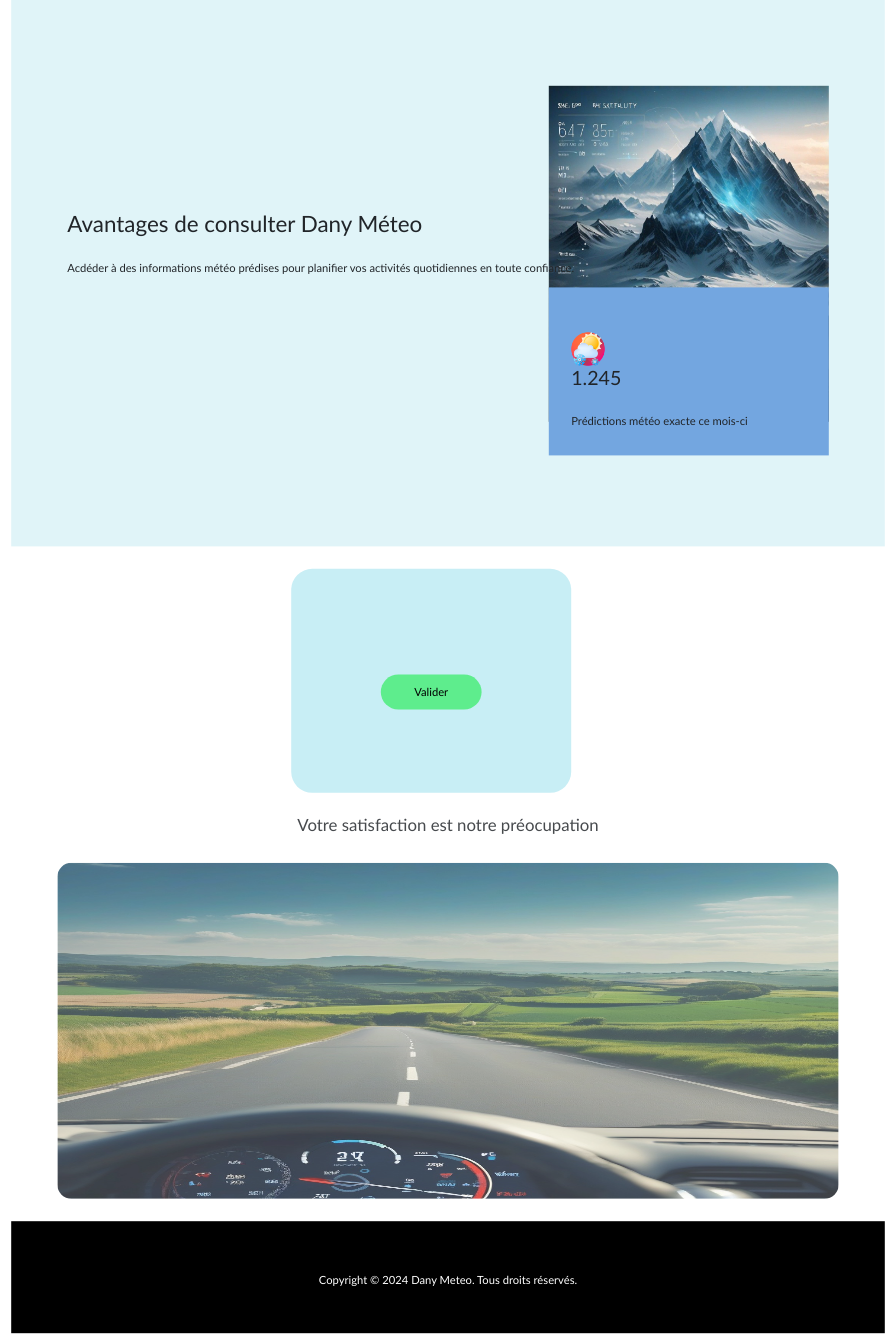
Repository: Dany-py/Meteo
Page: Meteo/templates/Accueil.html
The author's editor kept a copy of each file at every save. The page is drawn from the files as they stood at one save, then again after a run of saves.
The browser window is 1280 px wide. The pictures show the part of the page from y = 1702 to 3622 px (the page is 3622 px tall), at 70% of full size.
The template is drawn by Django 5.2. The application's start-up code is not run. Other server files are loaded and not shown. The template is opened directly, without the code that normally fills it, so the values that code supplies are empty.

Above is the page before, as saved 2024-11-27 14:36:04.

### MeteoDjango/MeteoDjango/Meteo/templates/Accueil.html
{% load static %}

<!DOCTYPE html>
<html>

<head>
  <meta charset="utf-8">
  <meta name="viewport" content="width=device-width">
  <title>Accueil</title>
  <link href="https://cdn.jsdelivr.net/npm/bootstrap@5.3.3/dist/css/bootstrap.min.css" rel="stylesheet" integrity="sha384-QWTKZyjpPEjISv5WaRU9OFeRpok6YctnYmDr5pNlyT2bRjXh0JMhjY6hW+ALEwIH" crossorigin="anonymous">
  <script src="https://cdn.jsdelivr.net/npm/bootstrap@5.3.3/dist/js/bootstrap.bundle.min.js" integrity="sha384-YvpcrYf0tY3lHB60NNkmXc5s9fDVZLESaAA55NDzOxhy9GkcIdslK1eN7N6jIeHz" crossorigin="anonymous"></script>

  <link rel="stylesheet" href="{% static 'css/accueil.css' %}">
</head>

<body>
  <nav class="navbar navbar-expand-md" style="background-color:#FBFCFC; position: fixed; width: 100%; top: 0;">

    <div class="container" id="nav">
      <div class="row">
        <div class="col-md-5"></div>
        <div class="col-md-7">
          <div class="row">
            <div class="col-md-4">
              <a class = "btn" href = "{% url 'Meteo:accueil' %}">
                Accueil
              </a>
            </div>
            <div class="col-md-4">
              <a class = "btn" href = "{% url 'Meteo:about' %}">
                About
              </a>
            </div>
            <div class="col-md-4">
              <a class = "btn" href = "{% url 'Meteo:contact' %}">
                Contacts
              </a>
            </div>
          </div>
        </div>
      </div>
    </div>
  </nav>

  <div class = "container-fluid" id = "introduction">

    <h1>Bienvenue sur Dany Meteo</h1>
    <br><br><br><br>
    <p>Découvrez les prévisions météo locales et des conseils pratiques pour comprendre les tendances climatiques.</p>
    <br><br><br><br>
    <a href="#main_div">Commençons</a>
  </div>


  <div class = "container" id = "div3">
    <h3>
      Explorez les Ressources Météo Locales
    </h3><br><br>
    <p>
      Restez informé avec nos prévisions locales détaillées et nos conseils pratiques.<br>Ne manquez pas les dernières tendances climatiques pour mieux planifier vos projets.
    </p>

    <div class="row">
      <div class="col-md-4">
        <img src="{% static 'img/img2.jpg' %}" id = "slide1" alt="">
      </div>
      <div class="col-md-4">
        <img src="{% static 'img/img1.jpg' %}" id = "slide2"alt="">
      </div>
      <div class="col-md-4">
        <img src="{% static 'img/img4.jpeg' %}" id = "slide3" alt="">
      </div>
    </div>
  </div>


  <div class="container-fluid" id="div2">
    <div class="writen">
      <h2>Avantages de consulter Dany Méteo</h2> <br>
      <p>Acdéder à des informations météo prédises pour planifier vos activités quotidiennes en toute confiance.</p>

    </div>

    <div class="figure">
      <img src="{% static 'img/img3.jpg' %}">

      <span class="under_figure">
        <img src="{% static 'img/neige.png' %}" id="icon1">
        <h3>1.245</h3><br>
        <p>Prédictions météo exacte ce mois-ci</p>
      </span>
    </div>
  </div>

  <div class = "container" id="parent_main_div">
    <div class = "row">
      <div class = "col-md-4"></div>
      <div class = "col-md-4" id = "main_div">
        <p id="response"
        <input type="text" placeholder="Ville" id="input">
        <br><br>
        <button id = "btn">Valider</button>
      </div>
      <div class = "col-md-4"></div>
    </div>
  </div>



  <div class = "container text-center" id="img5" style="margin-top: 2em;">
    <h4>Votre satisfaction est notre préocupation</h4>

    <img src="{% static 'img/img5.jpeg' %}">
  </div>

  <footer>
    <div class="container-fluid text-center">
      <p1>
        <br><br><br>
        Copyright &copy; 2024 Dany Meteo. Tous droits réservés.
      </p1>
    </div>
  </footer>
  <script src="{% static 'js/Accueil.js' %}" type = module></script>
</body>

</html>

### MeteoDjango/MeteoDjango/Meteo/static/css/accueil.css

body{
  font-family: Gill Sans, sans-serif;
  padding: 1em;
  align-items: center;
  justify-content: center;
}

button{
  background-color: #5eed8d;
  text-align: center;
  border : none;
  border-radius: 30px;
  width : 9rem;
  height: 50px;
}

h{
  font-weight: 900;
}


#introduction{
  text-align: center;
  margin-top: 2em;
  padding: 13em;
  border-radius: 2px;
  background: rgb(238,238,238);
  background: linear-gradient(34deg, rgba(238,238,238,0.34905660377358494) 26%, rgba(166,219,238,1) 46%, rgba(241,244,245,1) 71%);
}

a{
  text-decoration: none;
  color: black;
  background-color: #f0c85b;
  text-align: center;
  border : none;
  border-radius: 30px;
}

@keyframes slide {
  0% {

    opacity: 0;
  }
  100% {

    opacity: 1;
  }
}

@keyframes slideIn {
  0% {
    transform: translateX(-100%);
    opacity: 0;
  }
  100% {
    transform: translateX(0);
    opacity: 1;
  }
}

@keyframes slideOut {
  0% {
    transform: translateX(100%);
    opacity: 0;
  }
  100% {
    transform: translateX(0);
    opacity: 1;
  }
}

@keyframes slideDown {
  0% {
    transform: translateY(100%);
    opacity: 0;
  }
  100% {
    transform: translateX(0);
    opacity: 1;
  }
}


#img5{
  width: 100%;
  height: 70%;
  animation: slide 7s ease-in-out infinite;
}

img{
  width: 100%;
  height: 30rem;
  border-radius: 20px;
  margin-top: 2em;

}

#parent_main_div{
  display: flex;
  flex-grow: 1;
  flex-direction: column;
  justify-content: center;
  align-items: center;
}

#main_div{
  display: flex;
  flex-wrap: wrap;
  flex-direction: column;
  justify-content: center;
  align-items: center;
  background-color: #c8eef5;
  margin-top: 2em;
  width : 25rem;
  height: 20rem;
  border-radius: 30px;
}


input{
  border: none;
  text-align : center;
  width : 11rem;
  height: 3em;
  border-radius : 20px;
}


#div2{
  background-color: #e0f4f8;
  margin-top: 7em;
  padding: 5rem;
  width: 100%;
  height: 55rem;
}

.writen{
  transform: translateY(20rem);
}
.figure{
  float: right;
  width: 25rem;
  height: 10rem;
  display: flex;
  flex-grow: 1;
}
.figure img{
  border-radius: 0;
  flex-grow: 1;
}

.under_figure{
  background-color: #73a6e0;
  width: 25rem;
  height: 15rem;
  position: absolute;
  padding: 2em;
  margin-top: 20em;
}

#icon1{
  width: 3rem;
  height: 3rem;
}

#div3{
  text-align: center;
  margin-top: 3em;
}

#div3 img{
  -webkit-transition: all 0.2s;
  -moz-transition: all 0.2s;
  -ms-transition: all 0.2s;
  -o-transition: all 0.2s;
  transition: all 0.2s;
}

#div3 img:hover{
  transform:rotate3d(0,1,0,180deg);
}

#slide1{
  animation: slideIn 7s ease-in-out infinite;
}

#slide2{
  animation: slideDown 7s ease-in-out infinite;
}

#slide3{
  animation: slideOut 7s ease-in-out infinite;
}

footer{
  background-color: black;
  color: white;
  margin-top: 2em;
  width: 100%;
  height: 10em;
}

@media screen and (max-width : 767px) {

  #introduction{
    text-align: center;
    margin-top: 2em;
    width: 100%;
    height: 50rem;
    padding: 5em;
    border-radius: 2px;
    background: rgb(238,238,238);
    background: linear-gradient(34deg, rgba(238,238,238,0.34905660377358494) 26%, rgba(166,219,238,1) 46%, rgba(241,244,245,1) 71%);
  }


  #main_div{
    display: flex;
    flex-wrap: wrap;
    flex-direction: column;
    justify-content: center;
    align-items: center;
    background-color: #c8eef5;
    margin-top: 2em;
    width : 15rem;
    height: 20rem;
    border-radius: 30px;
  }

  #div2{
    margin-top: 2em;
    padding: 2rem;
    width: 100%;
    height: 40rem;
  }
  #slide1{
    animation: none;
  }

  #slide2{
    animation: none;
  }

  #slide3{
    animation: none;
  }
  .writen{
    transform: translateY(10rem);
  }
  .figure{
    display: none;
  }
}

### MeteoDjango/MeteoDjango/Meteo/static/js/Accueil.js

addEventListener("DOMContentLoaded", () => Ma_signature());

const input = document.querySelector("#input");

const response = document.querySelector("#response");

const button = document.querySelector("#btn");

button.addEventListener("click", () => Meteo_API());

function Meteo_API() {
  if(input.value == ""){
    alert("Veuillez saisir une ville");
  } else {
    fetch('api_request_view/', {
      method: 'POST',
      headers: {
        'Content-Type': 'application/json',
      },
      body: JSON.stringify({
        'town': input.value,
      })
    }).then((response) => {
      return response.json();
    }).then((data) => {
      const data_text = document.createElement("p");
      data_text.innerText = data.message;
      console.log(data);
      response.innerText = ""; // Assure que l'élément "response" est vidé
      response.appendChild(data_text); // Ajoute le paragraphe au DOM
    }).catch((error) => {
      console.error("Erreur lors de la requête:", error);
    });
  }
}



function Ma_signature() {
  const p =
    "Site réaliser par DEGBE Koffitsè Daniel. Contact : www.linkedin.com/in/daniel-degbe-a4078629b";
  console.log(p);
}

After the next 2 saves:
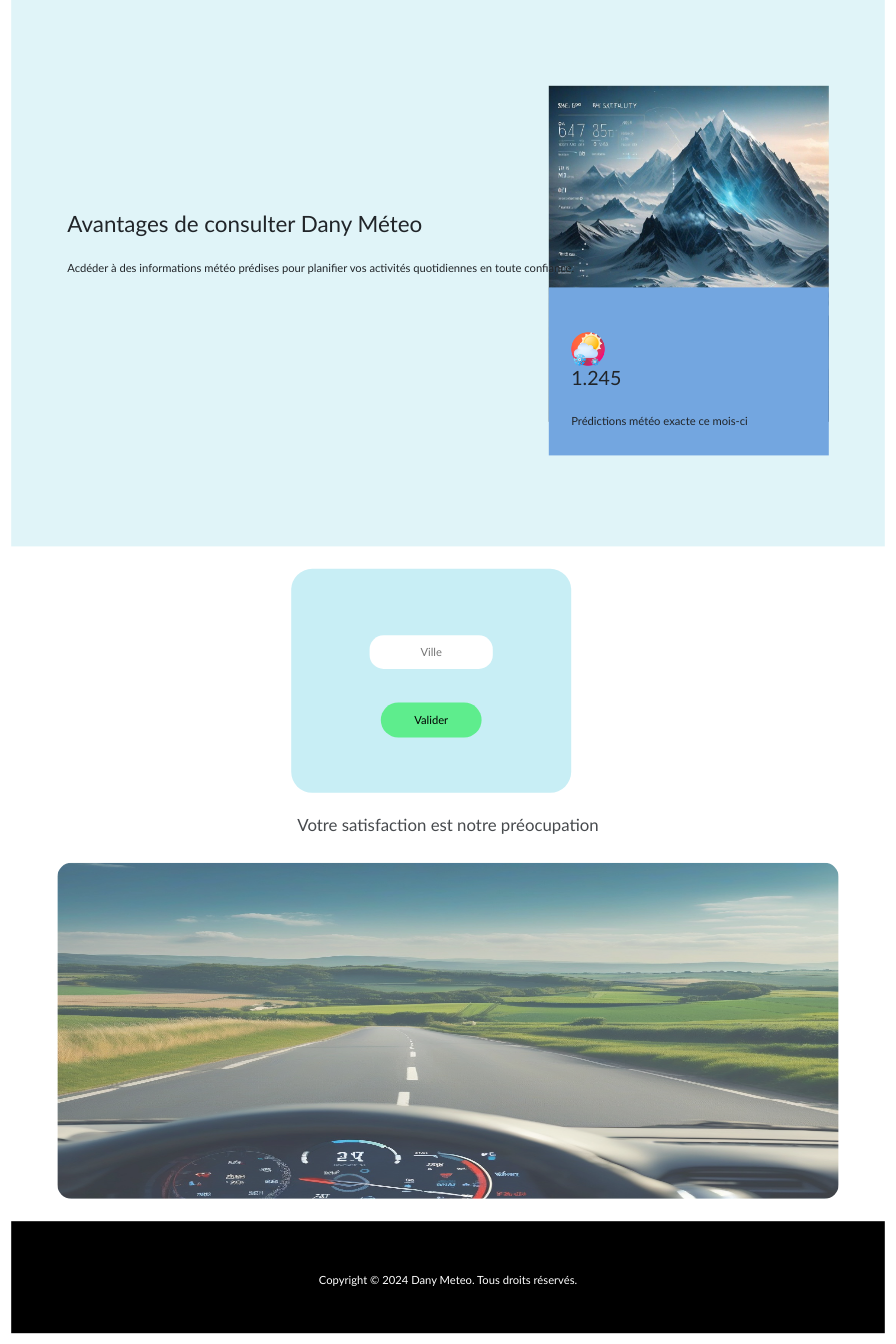
The 2 saves are shown as one change because they came seconds apart.
The last was saved 7 s later.
--- a/MeteoDjango/MeteoDjango/Meteo/templates/Accueil.html
+++ b/MeteoDjango/MeteoDjango/Meteo/templates/Accueil.html
@@ -96,7 +96,7 @@
     <div class = "row">
       <div class = "col-md-4"></div>
       <div class = "col-md-4" id = "main_div">
-        <p id="response"
+        <p id="response"></p>
         <input type="text" placeholder="Ville" id="input">
         <br><br>
         <button id = "btn">Valider</button>
